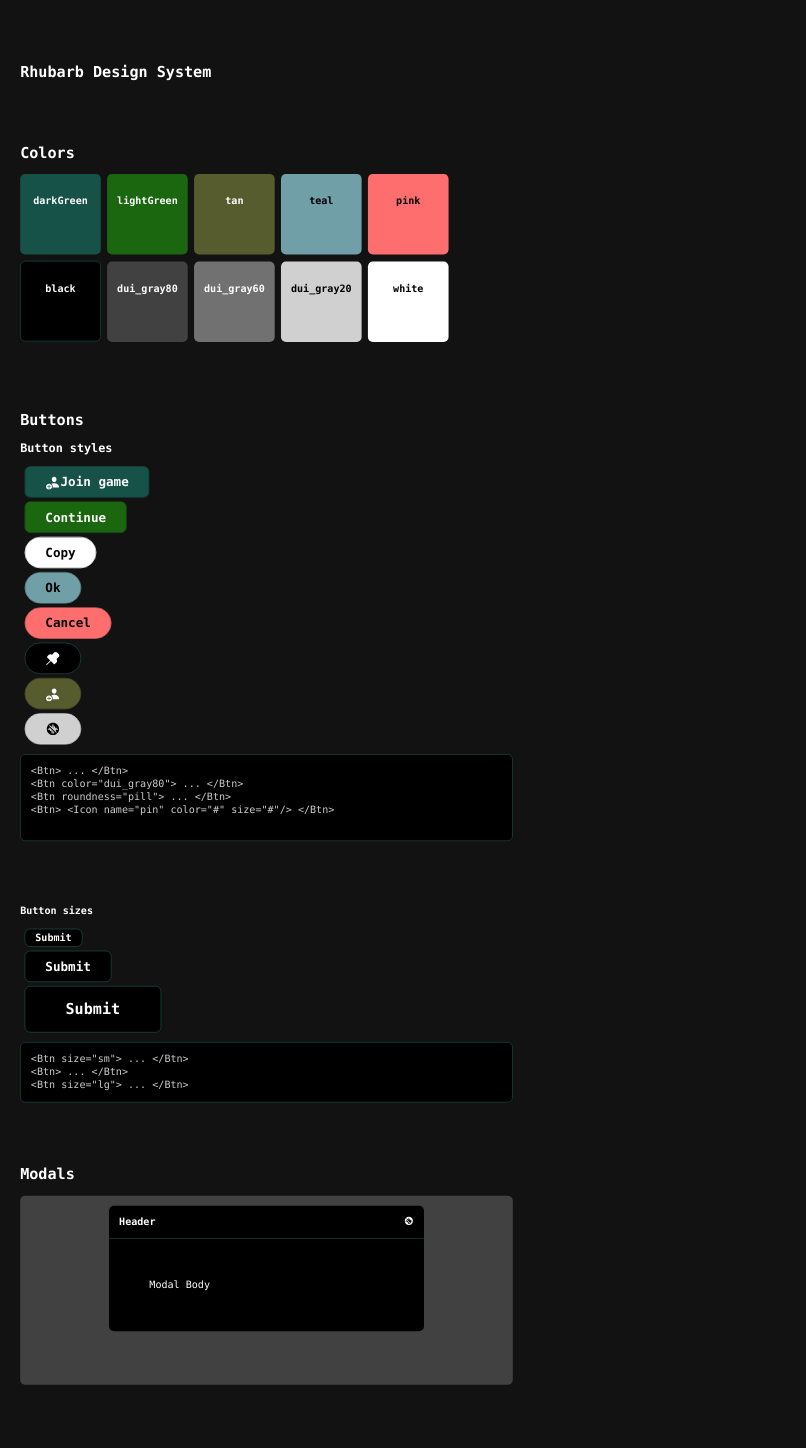
Repository: kttalley/designing-with-data_react-class
Page: / (app in lesson6_design-system-component-extension/)
An editor plug-in stored every save of this project. The page is shown before and after the next save, followed by the edit.
The browser window is 1280 px wide. The pictures show the whole page, at 63% of full size.
The project was rebuilt for these pictures with package versions that can differ from the ones it lists, and the page was loaded fresh each time. Imported but missing from the stored project, and not drawn on this page: lesson6_design-system-component-extension/src/Rhubarb/Input.

Above is the page before, as saved 2023-09-01 13:05:33.

After the next save:
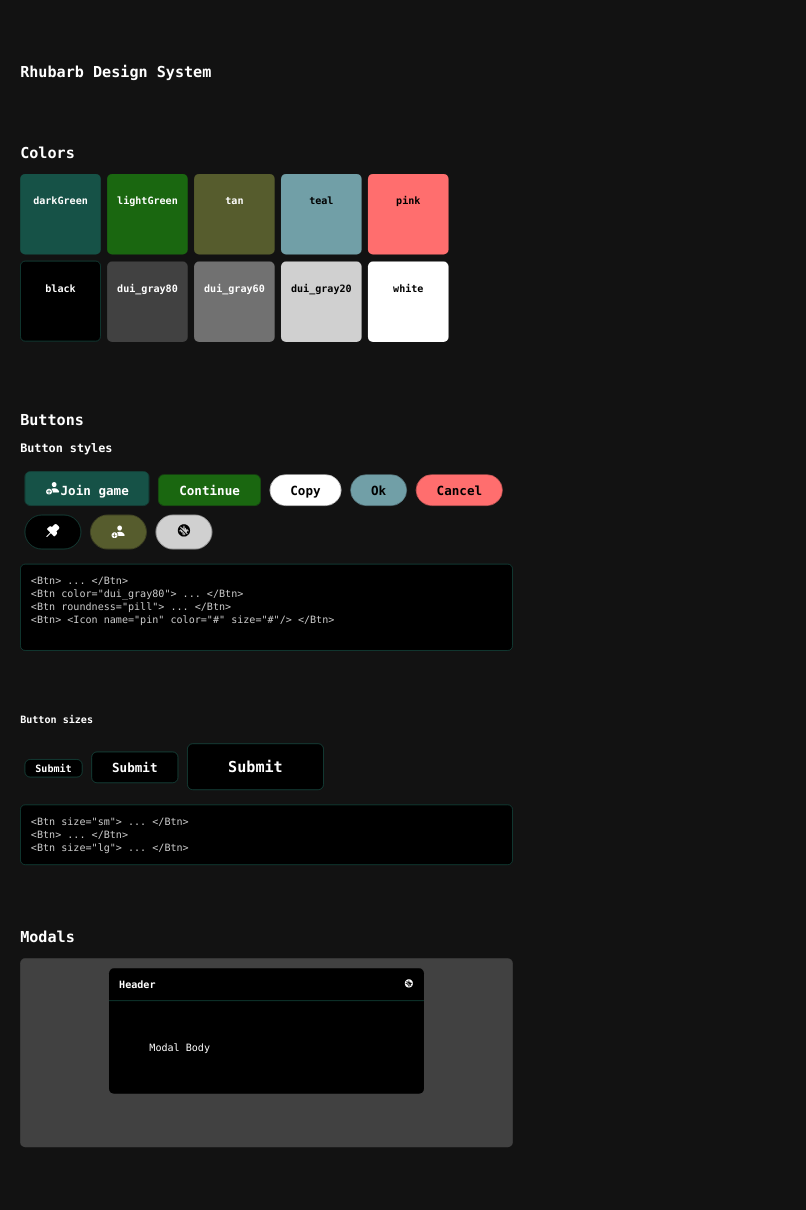
Saved 4 s later.
--- a/lesson6_design-system-component-extension/src/Rhubarb/Button.js
+++ b/lesson6_design-system-component-extension/src/Rhubarb/Button.js
@@ -11,8 +11,6 @@
   font-family: menlo;
   font-weight: bold;
   border: none;
-  display: flex;
-  justify-content: space-between;
   transition: 0.1s all ease;
   font-size: ${fontSize[2]};
   padding: ${space[2] + 4 + 'px'} ${space[4] + 'px'};

After the save that followed:
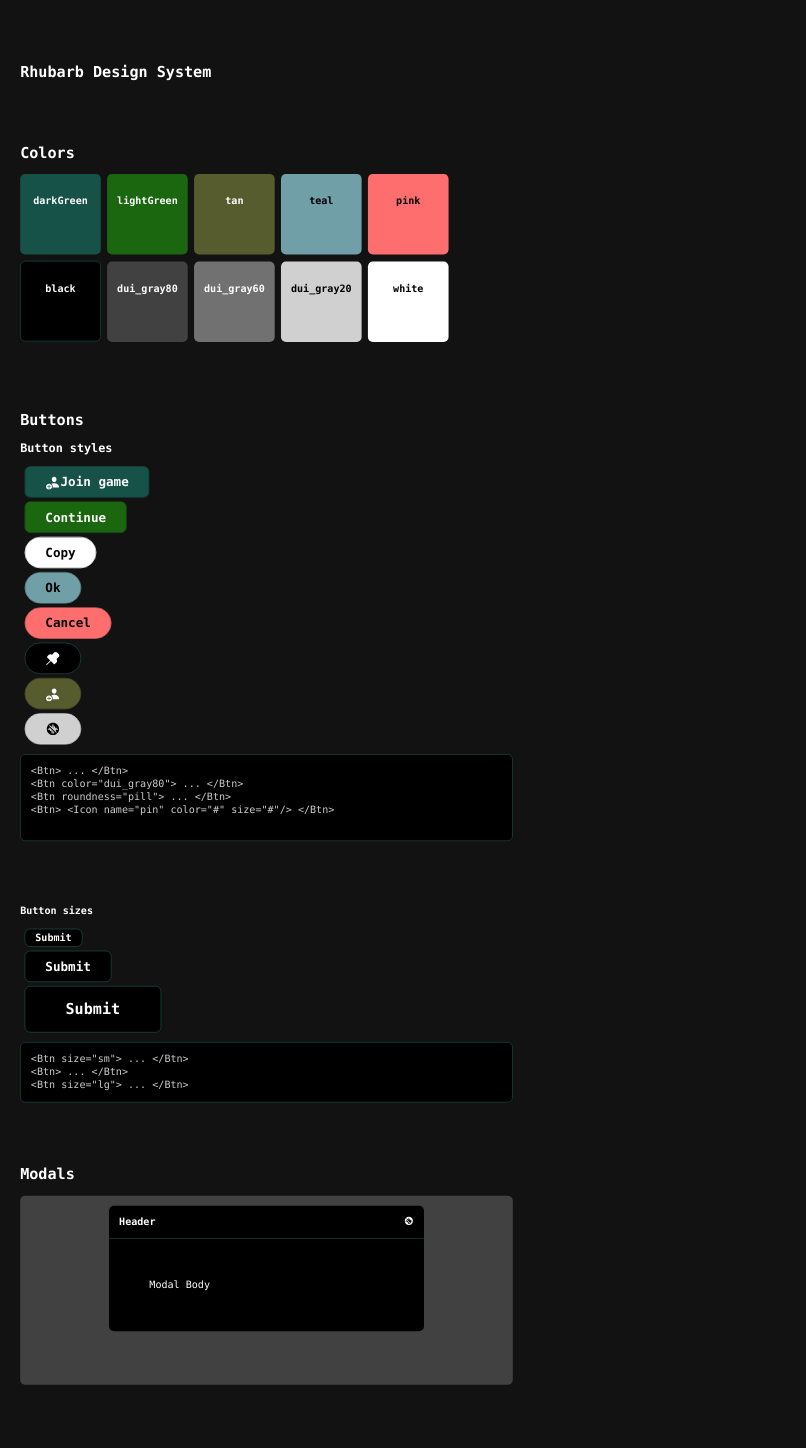
Saved 10 s later.
--- a/lesson6_design-system-component-extension/src/Rhubarb/Button.js
+++ b/lesson6_design-system-component-extension/src/Rhubarb/Button.js
@@ -11,6 +11,8 @@
   font-family: menlo;
   font-weight: bold;
   border: none;
+  display: flex;
+  justify-content: space-between;
   transition: 0.1s all ease;
   font-size: ${fontSize[2]};
   padding: ${space[2] + 4 + 'px'} ${space[4] + 'px'};
